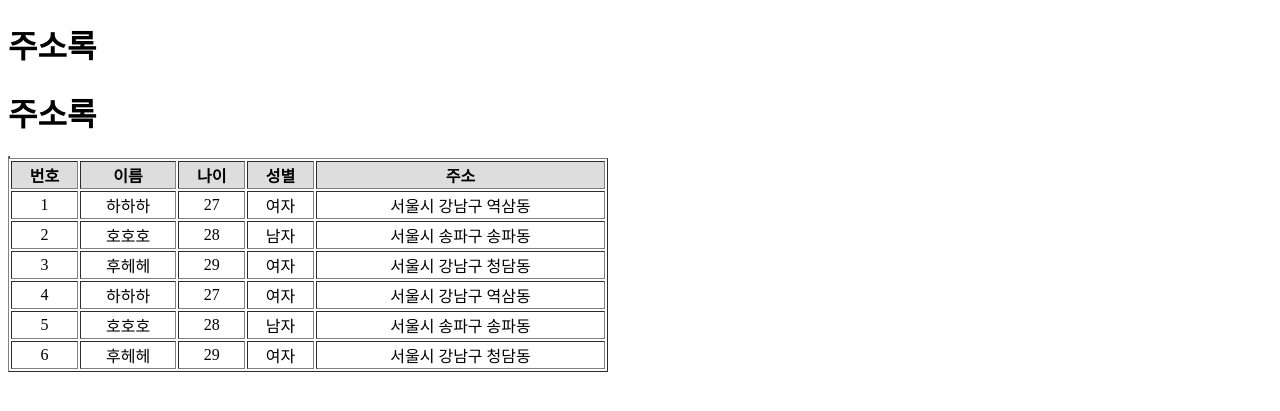
Repository: seula123/Front-End
Page: ClientTest/src/main/webapp/html/ex16_table.html
An editor plug-in stored every save of this project. The page is shown before and after the next save, followed by the edit.
The browser window is 1280 px wide. The pictures show the whole page.

Above is the page before, as saved 2023-09-21 01:36:02.

### ClientTest/src/main/webapp/html/ex16_table.html
<!DOCTYPE html>
<html>
<head>
<meta charset="UTF-8">
<title>Insert title here</title>
</head>
<body>


		<!-- ex16_table.html  -->

		<!--
		테이블 ㅈ가업
		1. 기본작업(table, tr, td)
		2. 데이터 작성
		3. 크기 >전체너비> 열너비
		 **높이(x) > 데이터 추가/삭제 > 높이 변경해야 하기 때문에..




		 -->


		<h1> 주소록 </h1>

		<table border ="1">
		<h1> 주소록 </h1>
		<table border = "1" width ="600">
		<!--  테이블 헤더 -->
		<!-- <tr bgcolor = "#DDDDDD">
			<td align="center" width ="60"><b> 번호 </b></td>
			<td align="center" width ="60"><b> 이름 </b></td>
			<td align="center" width ="60"><b> 나이 </b></td>
			<td align="center" width ="70"><b> 성별 </b></td>
			<td align="center" width ="330"><b> 주소 </b></td>
		</tr> -->


		<tr bgcolor = "#DDDDDD">

			<th>번호</th>
			<th>이름</th>
			<th>나이</th>
			<th>성별</th>
			<th>주소</th>
		</tr>






		<!--

			테이블 본문(데이터)

			1.고정폭 > 왼쪽, 가운데
			2.가변폭 > 왼쪽
			3. 숫자 > 우측(자릿수 때문에)


		-->



	<tr >
		<td align="center"> 1 </td>
		<td align="center"> 하하하 </td>
		<td align="center"> 27 </td>
		<td align="center"> 여자 </td>
		<td align="center"> 서울시 강남구 역삼동 </td>
	</tr>
	<tr>
		<td align="center"> 2 </td>
		<td align="center"> 호호호 </td>
		<td align="center"> 28 </td>
		<td align="center"> 남자 </td>
		<td align="center"> 서울시 송파구 송파동 </td>
	</tr>
	<tr>
		<td align="center"> 3 </td>
		<td align="center"> 후헤헤 </td>
		<td align="center"> 29 </td>
		<td align="center"> 여자 </td>
		<td align="center"> 서울시 강남구 청담동 </td>
	</tr>
	<tr >
		<td align="center"> 4 </td>
		<td align="center"> 하하하 </td>
		<td align="center"> 27 </td>
		<td align="center"> 여자 </td>
		<td align="center"> 서울시 강남구 역삼동 </td>
	</tr>
	<tr>
		<td align="center"> 5 </td>
		<td align="center"> 호호호 </td>
		<td align="center"> 28 </td>
		<td align="center"> 남자 </td>
		<td align="center"> 서울시 송파구 송파동 </td>
	</tr>
	<tr>
		<td align="center"> 6 </td>
		<td align="center"> 후헤헤 </td>
		<td align="center"> 29 </td>
		<td align="center"> 여자 </td>
		<td align="center"> 서울시 강남구 청담동 </td>
	</tr>



		</table>
</body>
</html>

After the next save:
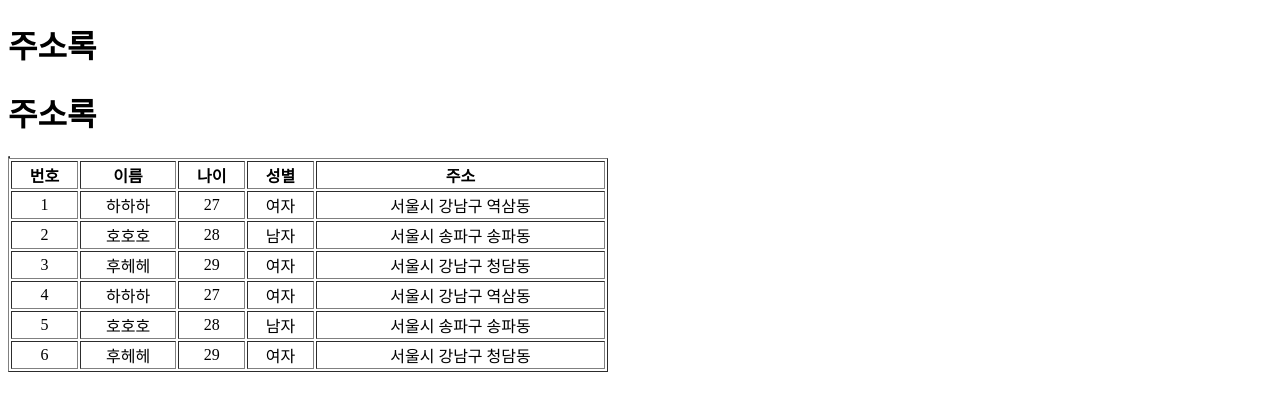
Saved 17 s later.
--- a/ClientTest/src/main/webapp/html/ex16_table.html
+++ b/ClientTest/src/main/webapp/html/ex16_table.html
@@ -37,7 +37,7 @@
 		</tr> -->
 
 
-		<tr bgcolor = "#DDDDDD">
+		<tr >
 
 			<th>번호</th>
 			<th>이름</th>
